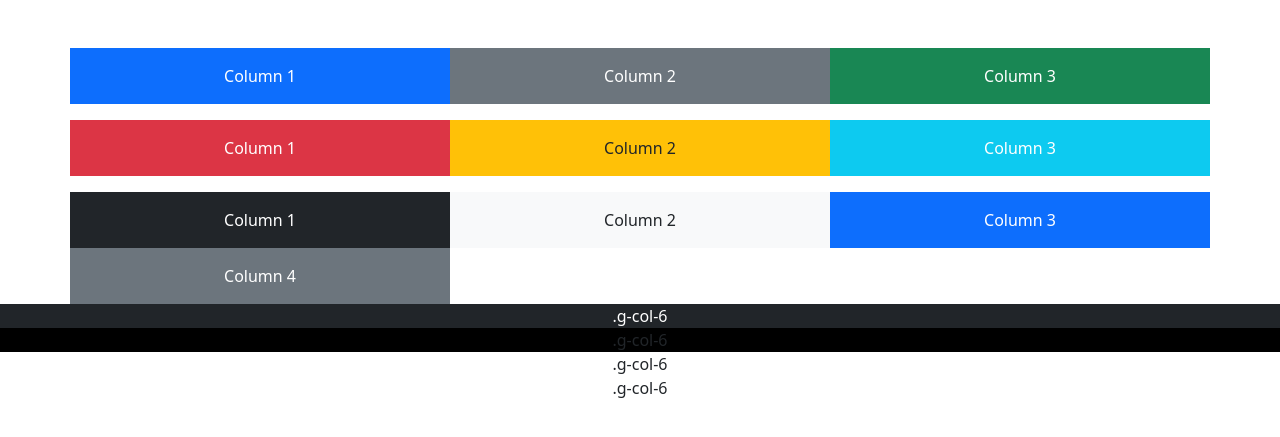
Repository: arunyerram/Web-TEChnologies
Page: grid.html
An editor plug-in stored every save of this project. The page is shown before and after the next save, followed by the edit.
The browser window is 1280 px wide. The pictures show the whole page.

Above is the page before, as saved 2025-02-25 12:58:03.

### grid.html
<!DOCTYPE html>
<html lang="en">
<head>
    <meta charset="UTF-8">
    <meta name="viewport" content="width=device-width, initial-scale=1.0">
    <title>Bootstrap Grid Example</title>
    <link href="https://cdn.jsdelivr.net/npm/bootstrap@5.3.3/dist/css/bootstrap.min.css" rel="stylesheet" integrity="sha384-QWTKZyjpPEjISv5WaRU9OFeRpok6YctnYmDr5pNlyT2bRjXh0JMhjY6hW+ALEwIH" crossorigin="anonymous">
    <script src="https://cdn.jsdelivr.net/npm/bootstrap@5.3.3/dist/js/bootstrap.bundle.min.js" integrity="sha384-YvpcrYf0tY3lHB60NNkmXc5s9fDVZLESaAA55NDzOxhy9GkcIdslK1eN7N6jIeHz" crossorigin="anonymous"></script>
</head>
<body>
    <div class="container text-center">
        <!-- First row -->
        <div class="row mt-5">
            <div class="col-4 bg-primary text-white p-3">Column 1</div>
            <div class="col-4 bg-secondary text-white p-3">Column 2</div>
            <div class="col-4 bg-success text-white p-3">Column 3</div>
        </div>

        <!-- Second row -->
        <div class="row mt-3">
            <div class="col-6 col-md-4 bg-danger text-white p-3">Column 1</div>
            <div class="col-6 col-md-4 bg-warning text-dark p-3">Column 2</div>
            <div class="col-6 col-md-4 bg-info text-white p-3">Column 3</div>
        </div>

        <!-- Third row -->
        <div class="row mt-3">
            <div class="col-4 bg-dark text-white p-3">Column 1</div>
            <div class="col-4 bg-light text-dark p-3">Column 2</div>
            <div class="col-4 bg-primary text-white p-3">Column 3</div>
            <div class="col-4 bg-secondary text-white p-3">Column 4</div>
        </div>
    </div>

    <div class="grid text-center">
        <div class="g-col-6 bg-dark text-white p-">.g-col-6</div>
        <div class="g-col-6 bg-black">.g-col-6</div>

        <div class="g-col-6   ">.g-col-6</div>
        <div class="g-col-6   ">.g-col-6</div>
      </div>

</body>
</html>

After the next save:
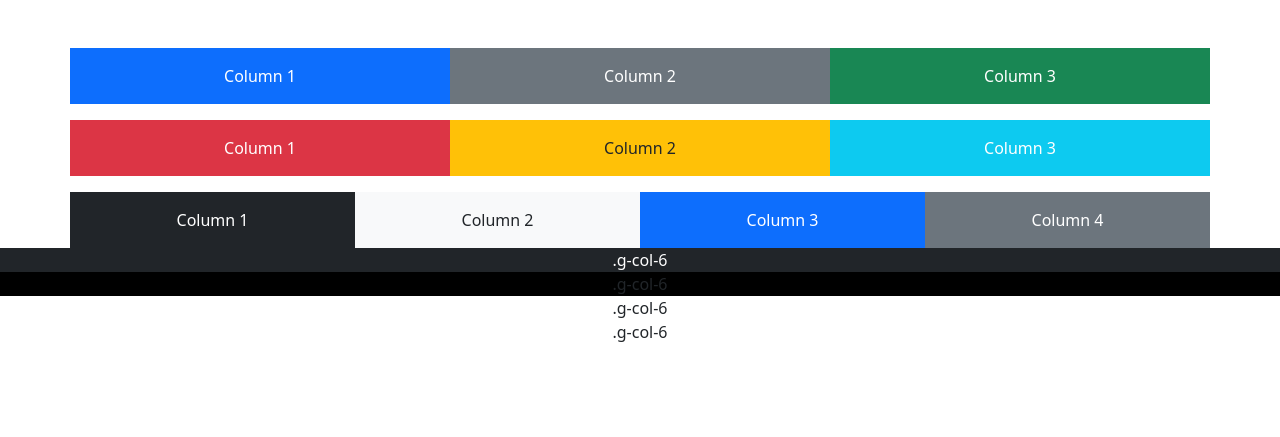
Saved 6 s later.
--- a/grid.html
+++ b/grid.html
@@ -25,10 +25,10 @@
 
         <!-- Third row -->
         <div class="row mt-3">
-            <div class="col-4 bg-dark text-white p-3">Column 1</div>
-            <div class="col-4 bg-light text-dark p-3">Column 2</div>
-            <div class="col-4 bg-primary text-white p-3">Column 3</div>
-            <div class="col-4 bg-secondary text-white p-3">Column 4</div>
+            <div class="col-3 bg-dark text-white p-3">Column 1</div>
+            <div class="col-3 bg-light text-dark p-3">Column 2</div>
+            <div class="col-3 bg-primary text-white p-3">Column 3</div>
+            <div class="col-3 bg-secondary text-white p-3">Column 4</div>
         </div>
     </div>
 
